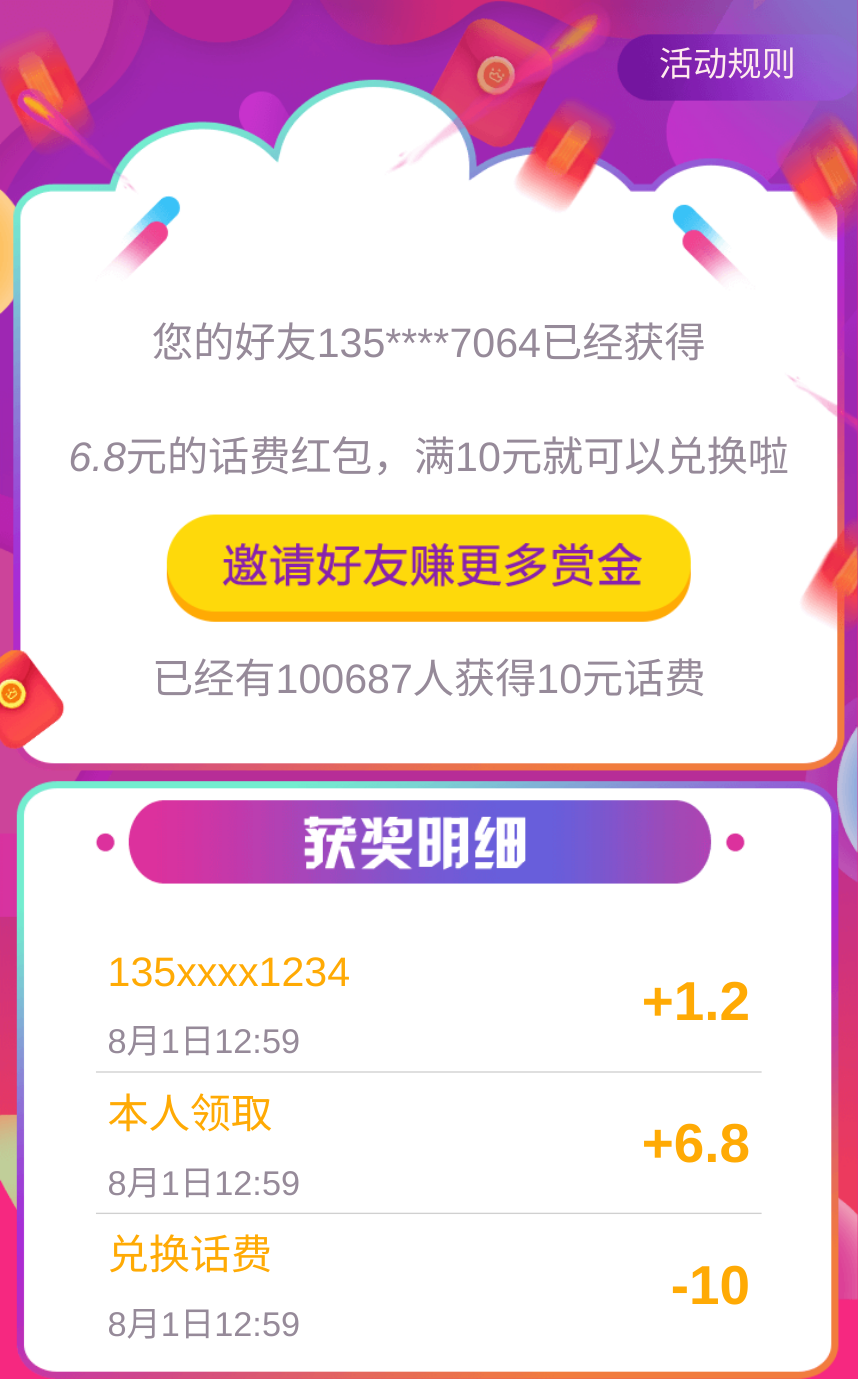
Repository: wangbiaozy/hb
Page: index_hjmx.html
An editor plug-in stored every save of this project. The page is shown before and after the next save, followed by the edit.
The browser window is 1280 px wide. The pictures show the whole page, at 67% of full size.

Above is the page before, as saved 2018-08-16 11:16:18.

After the next save:
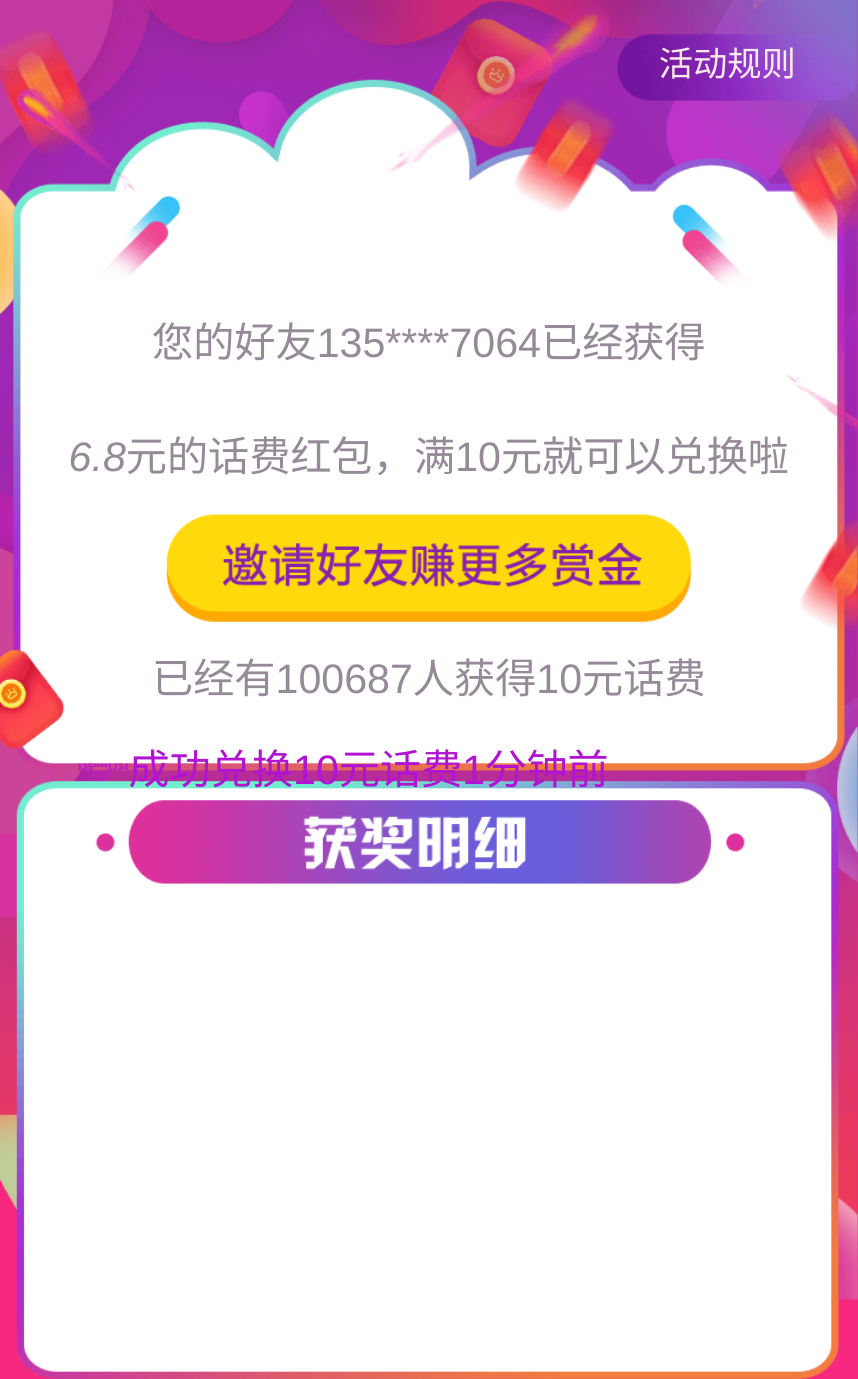
Saved 79 s later.
--- a/index_hjmx.html
+++ b/index_hjmx.html
@@ -17,23 +17,15 @@
             <p>您的好友<span>135****7064</span>已经获得<br><i>6.8</i>元的话费红包，满10元就可以兑换啦</p>
             <a href="javascript:void(0)"></a>
             <p>已经有<span>100687</span>人获得10元话费</p>
-            <ul>
-                <li>
-                    <p>135xxxx1234</p>
-                    <p><span>8月1日</span><span>12:59</span></p>
-                    <h3>+1.2</h3>
-                </li>
-                <li>
-                    <p>本人领取</p>
-                    <p><span>8月1日</span><span>12:59</span></p>
-                    <h3>+6.8</h3>
-                </li>
-                <li>
-                    <p>兑换话费</p>
-                    <p><span>8月1日</span><span>12:59</span></p>
-                    <h3>-10</h3>
-                </li>
-            </ul>
+            <div>
+                <ul>
+                    <li>
+                        <h3>135****1234</h3>
+                        <p>成功兑换10元话费</p>
+                        <span>1分钟前</span>
+                    </li>
+                </ul>
+            </div>
         </div>
     </section>
 
